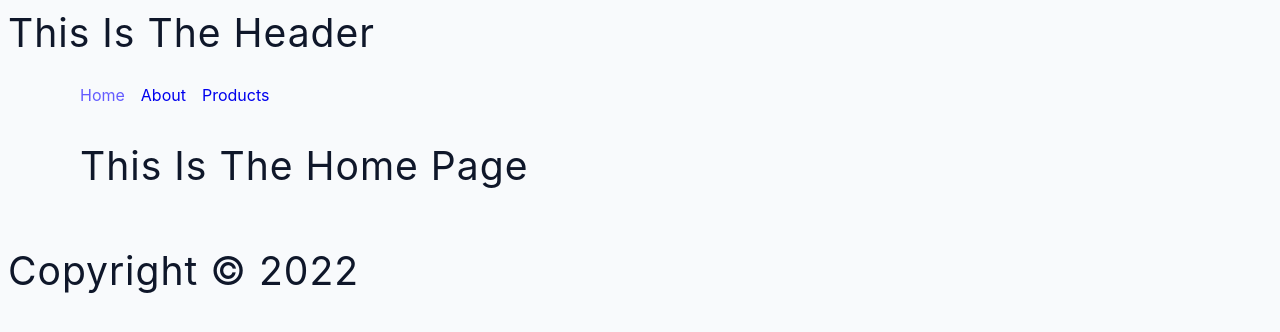
Repository: kennedyowusu/react-router-tutorial
Page: /
The author's editor kept a copy of each file at every save. The page is drawn from the files as they stood at one save, then again after the next save.
The browser window is 1280 px wide. The pictures show the whole page.
The project was rebuilt for these pictures with package versions that can differ from the ones it lists, and the page was loaded fresh each time. Also part of the build but not shown: src/pages/About.js, src/pages/Products.js, src/pages/Error.js, src/components/Navbar.js.

Above is the page before, as saved 2022-12-27 16:30:20.

### src/App.js
import { BrowserRouter, Routes, Route } from "react-router-dom";
import About from "./pages/About";
import Products from "./pages/Products";
import Home from "./pages/Home";
import Error from "./pages/Error";
import SharedLayout from "./pages/SharedLayout";

function App() {
  return (
    <BrowserRouter>
      <Routes>

        <Route path="/" element={<SharedLayout />}>
          <Route index element={<Home />} />
          <Route path="about" element={<About />} />
          <Route path="products" element={<Products />} />
          <Route path="*" element={<Error />} />
        </Route>

      </Routes>
    </BrowserRouter>
  );
}

export default App;

### src/pages/Home.js

const Home = () => {
  return (
    <section className='section'>
      <h2>This is the Home Page</h2>
    </section>
  );
};
export default Home;

### src/pages/SharedLayout.js
import { Outlet } from 'react-router-dom';
import Header from '../components/Header';
import Navbar from '../components/Navbar';
import Footer from '../components/Footer';
import StyledNavbar from '../components/StyledNavbar';

const SharedLayout = () => {
  return (
    <>
      <Header />
      <StyledNavbar />
        <Outlet />
      <Footer />
    </>
  )
}

export default SharedLayout

### src/components/Header.js
import React from 'react'

const Header = () => {
  return (
    <header>
      <h2>This is the header</h2>
    </header>
  )
}

export default Header

### src/components/Footer.js
import React from 'react'

const Footer = () => {
  return (
    <footer>
     <h2>
      Copyright &copy; 2022
      </h2>
    </footer>
  )
}

export default Footer

### src/components/StyledNavbar.js
import React from 'react'
import { NavLink } from 'react-router-dom'

const StyledNavbar = () => {
  return (
    <nav className='navbar'>
     <NavLink to='/'>Home</NavLink>
     <NavLink to='/about'>About</NavLink>
     <NavLink to='/products'>Products</NavLink>
    </nav>
  )
}

export default StyledNavbar

Loaded but not shown: public/index.html (common file); src/index.js (common file); src/index.css (common file)

After the next save:
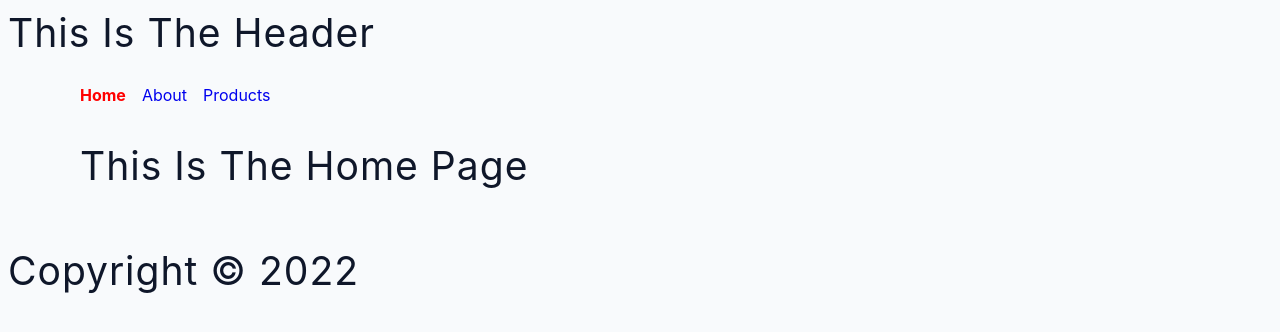
Saved 2 min 30 s later.
--- a/src/components/StyledNavbar.js
+++ b/src/components/StyledNavbar.js
@@ -4,7 +4,12 @@ import { NavLink } from 'react-router-dom'
 const StyledNavbar = () => {
   return (
     <nav className='navbar'>
-     <NavLink to='/'>Home</NavLink>
+    <NavLink to='/' style={(isActive) => {
+      return {
+        color: isActive ? 'red' : 'black',
+        fontWeight: isActive ? 'bold' : 'normal',
+      }
+     }}>Home</NavLink>
      <NavLink to='/about'>About</NavLink>
      <NavLink to='/products'>Products</NavLink>
     </nav>
